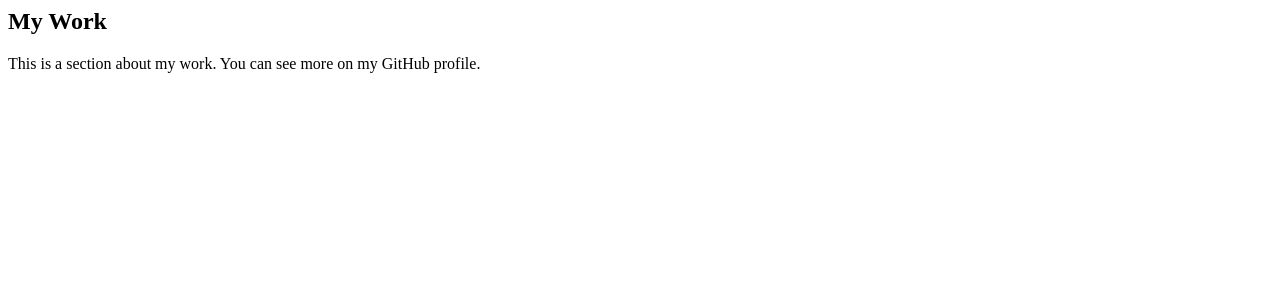
Repository: McBoatright/McBoatright.github.io
Page: my-work.html
These files come from the project's save history. The page is drawn as it stood at one moment and after the next save; the edit follows.
The browser window is 1280 px wide. The pictures show the whole page.

Above is the page before, as saved 2024-06-17 15:40:06.

### my-work.html
<section id="my-work">
    <h2>My Work</h2>
    <p>This is a section about my work. You can see more on my <a href"https://github.com/McBoatright">GitHub profile</a>.</p>
</section>

After the next save:
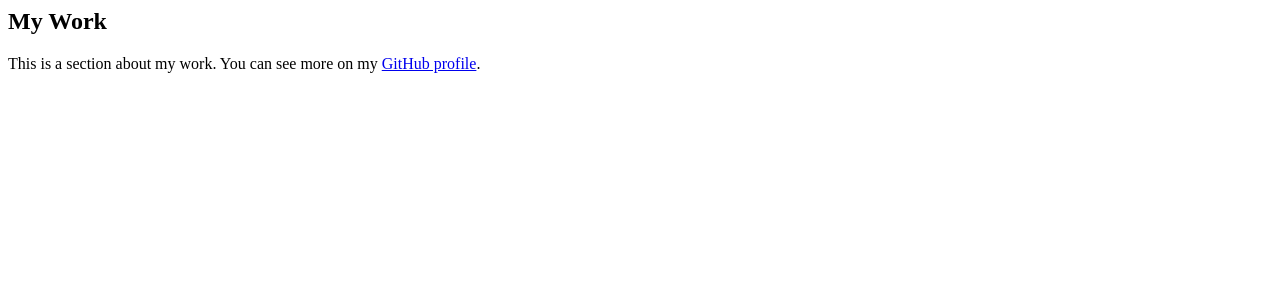
Saved 26 s later.
--- a/my-work.html
+++ b/my-work.html
@@ -1,4 +1,4 @@
 <section id="my-work">
     <h2>My Work</h2>
-    <p>This is a section about my work. You can see more on my <a href"https://github.com/McBoatright">GitHub profile</a>.</p>
+    <p>This is a section about my work. You can see more on my <a href="https://github.com/yourusername">GitHub profile</a>.</p>
 </section>
